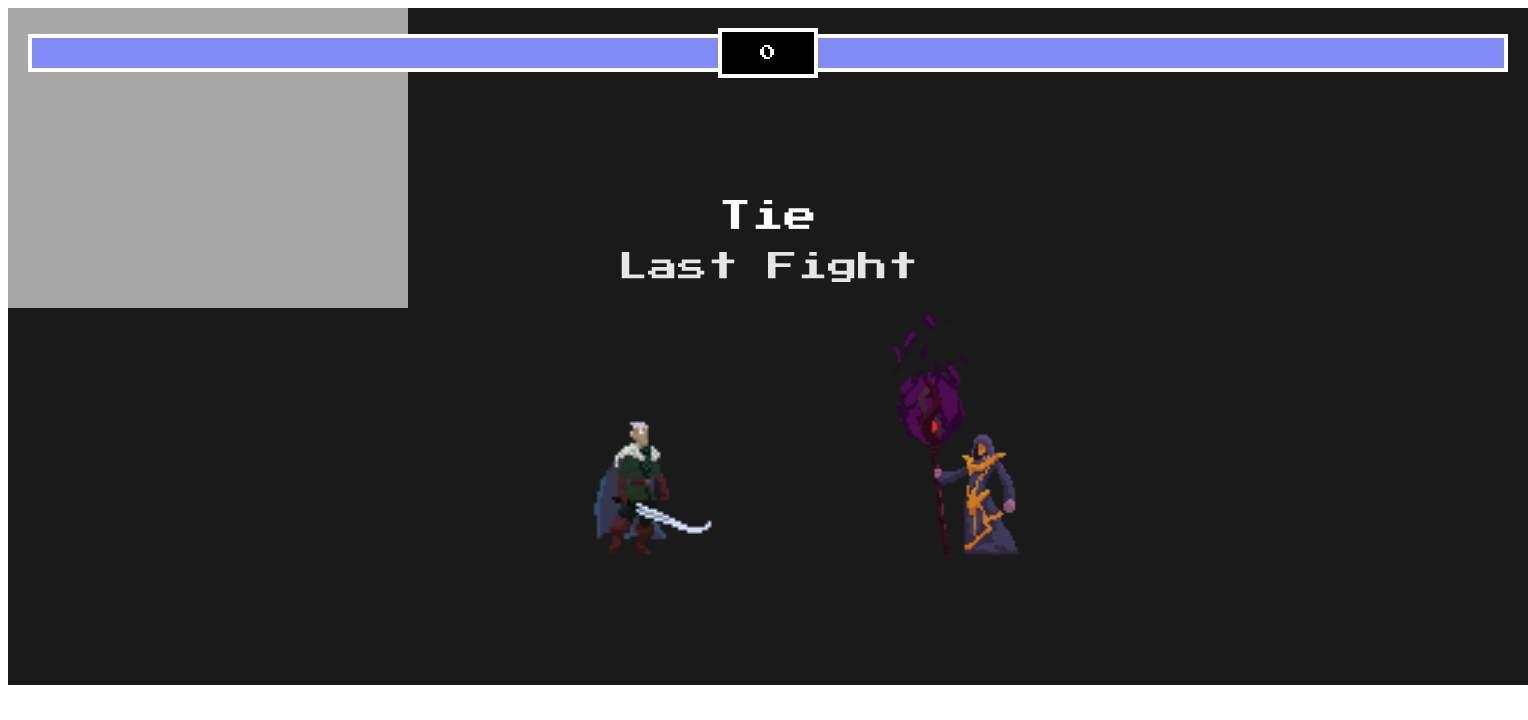
Repository: Gaurav31052/Fighting-game
Page: index.html
An editor plug-in stored every save of this project. The page is shown before and after a run of saves, followed by the edit.
The browser window is 1280 px wide. The page is 1528 px wide, so the pictures cover 1528 px, including what lies to the right of the window. The pictures show the whole page.
Some web libraries are served in a nearby version.

Above is the page before, as saved 2024-05-30 22:12:55.

After the next 3 saves:
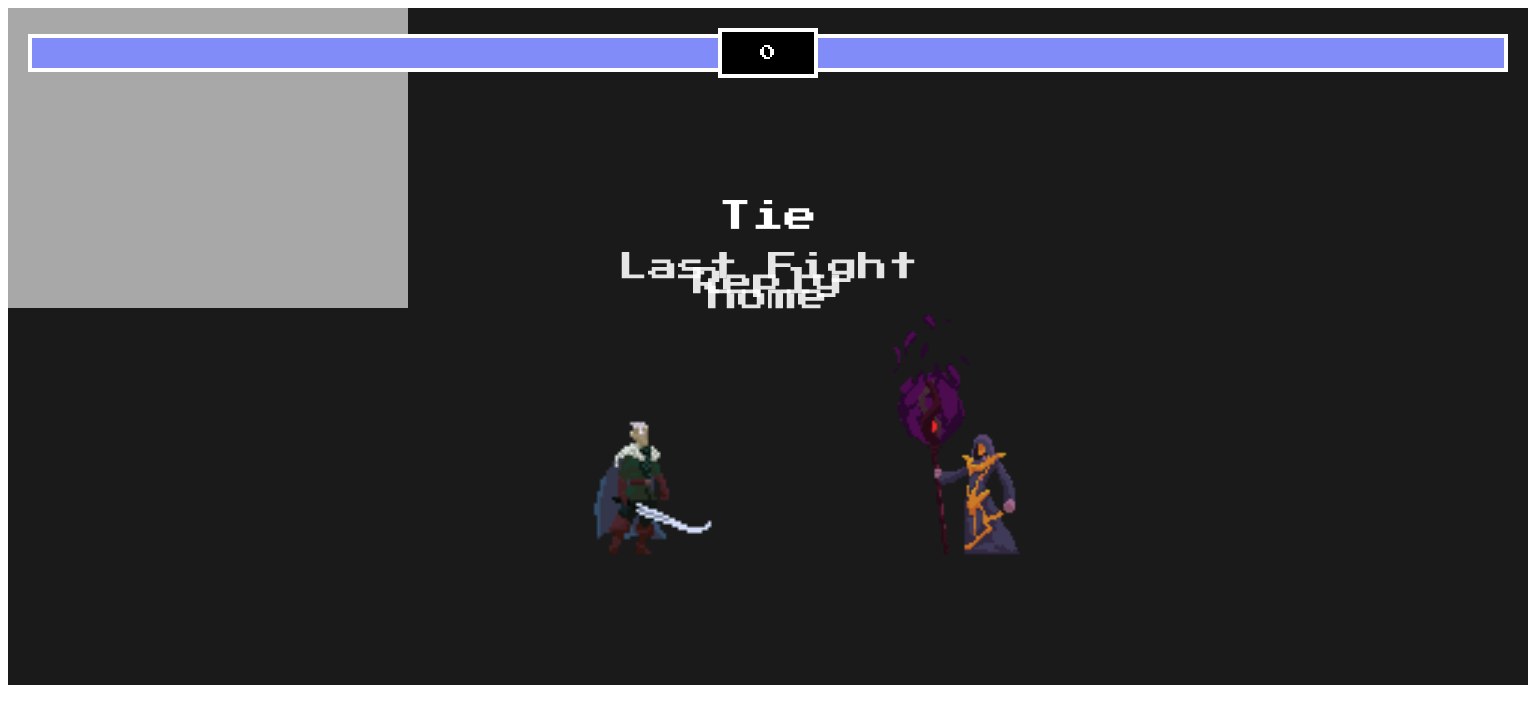
The 3 saves are shown as one change because they came seconds apart.
The last was saved 15 s later.
--- a/JS/utils.js
+++ b/JS/utils.js
@@ -6,8 +6,8 @@ function determineWinner({ player, enemy, timerId }) {
     clearTimeout(timerId)
     document.querySelector('#displayText').style.display = 'flex'
     document.querySelector('#displayText2').style.display = 'flex'
-    // document.querySelector('#displayText3').style.display = 'flex'
-    // document.querySelector('#displayText4').style.display = 'flex'
+    document.querySelector('#displayText4').style.display = 'flex'
+    document.querySelector('#displayText5').style.display = 'flex'
     if (player.health === enemy.health) {
         game_sound.pause();
         draw.loop=true;
